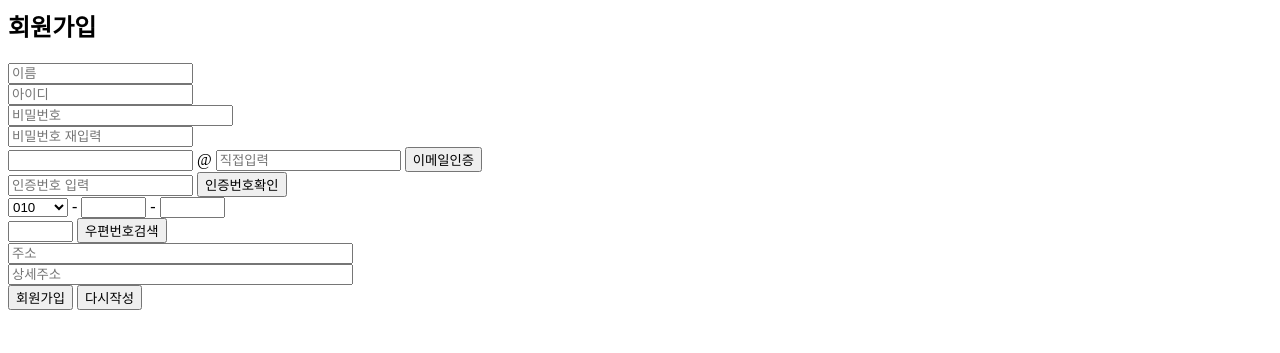
Repository: keepsus/gaebokchi
Page: http://localhost/uzuslime/member/memberWriteForm.jsp
An editor plug-in stored every save of this project. The page is shown before and after the next save, followed by the edit.
The browser window is 1280 px wide. The pictures show the whole page.
The page is served by Tomcat 9. Nobody is signed in. The application's start-up code is not run.

Above is the page before, as saved 2021-01-31 05:03:36.

After the next save:
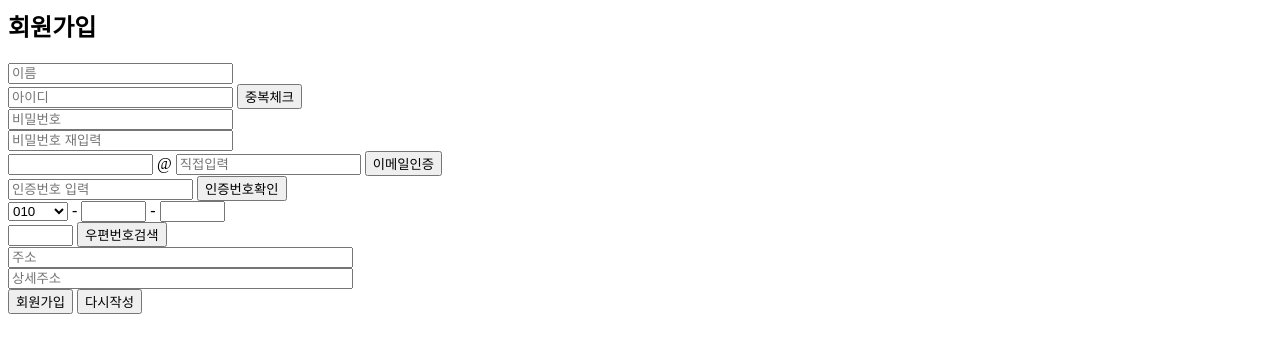
Saved 7 min 37 s later.
--- a/uzuslime/src/main/webapp/member/memberWriteForm.jsp
+++ b/uzuslime/src/main/webapp/member/memberWriteForm.jsp
@@ -1,78 +1,80 @@
 <%@ page language="java" contentType="text/html; charset=UTF-8"
     pageEncoding="UTF-8"%>
 
-	<div class="modal-header">
+
+<form name="memberWriteForm" method="post" action="/slime/member/write">
+	<div>
 	    <h2 class="signUp-header">회원가입</h2>
 	</div>
-
-		<form name="memberWriteForm" method="post" action="/slime/member/write" class="memberWriteForm">
-
-			    <div class="input-text">
-			        <input type="text" class="sign-name" id="signName" name="member_name" placeholder="이름">
-			        <div id="nameDiv"></div>
-			    </div>
+	<article class="signUp-main">
+	    <div class="signUp-name-form">
+	        <input type="text" class="sign-name" id="signName" name="member_name" size="25" placeholder="이름">
+	        <div id="nameDiv"></div>
+	    </div>
 
 
-			    <div class="input-text">
-			        <input type="text" class="member_id" id="member_id"  placeholder="아이디">
-			        <input type="hidden" id="check" value="">
-			    	<div id="idDiv"></div>
-			    </div>
+	    <div class="signUp-id-form">
+	        <input type="text" class="member_id" id="member_id" size="25" placeholder="아이디">
+	        <input type="button" class="check-Btn" value="중복체크" id="checkBtn"><br>
+	        <input type="hidden" id="check" value="">
+	      <div id="idDiv"></div>
+
+	    </div>
 
 
-			    <div class="input-text">
-			        <input type="password" class="sign-pwd" id="signPwd" name="member_pw" size="25" placeholder="비밀번호">
-			        <div id="pwdDiv"></div>
-			    </div>
+	    <div class="signUp-pwd-form">
+	        <input type="password" class="sign-pwd" id="signPwd" name="member_pw" size="25" placeholder="비밀번호">
+	        <div id="pwdDiv"></div>
+	    </div>
 
 
-			    <div class="input-text">
-			        <input type="password" class="sign-repwd" id="signRePwd" name="repw" placeholder="비밀번호 재입력">
-			        <div id="repwdDiv"></div>
-			    </div>
+	    <div class="signUp-rePwd-form">
+	        <input type="password" class="sign-repwd" id="signRePwd" name="repw" size="25" placeholder="비밀번호 재입력">
+	        <div id="repwdDiv"></div>
+	    </div>
 
 
-			    <div class="email-input-text">
-			        <input type="text" class="sign-email1" name="email1">
-			        @
-			        <input type="email" class="sign-email2" name="email2" list="email2" placeholder="직접입력">
-			        <datalist id="email2">
-			            <option value="gmail.com">
-			            <option value="naver.com">
-			            <option value="hanmail.net">
-			        </datalist>
-			        <input type="button" class="email-Btn" value="이메일인증" id="emailBtn"><br>
-			         <input type="text" class="check-email" name="check-email" placeholder="인증번호 입력">
-			        <input type="button" class="email-check-Btn" value="인증번호확인" id="emailCheckBtn"><br>
-			    </div>
+	    <div class="signUp-email-form">
+	        <input type="text" class="sign-email1" name="email1" size="15">
+	        @
+	        <input type="email" class="sign-email2" name="email2" list="email2" placeholder="직접입력">
+	        <datalist id="email2">
+	            <option value="gmail.com">
+	            <option value="naver.com">
+	            <option value="hanmail.net">
+	        </datalist>
+	        <input type="button" class="email-Btn" value="이메일인증" id="emailBtn"><br>
+	         <input type="text" class="check-email" name="check-email" placeholder="인증번호 입력">
+	        <input type="button" class="email-check-Btn" value="인증번호확인" id="emailCheckBtn"><br>
+	    </div>
 
 
-			    <div class="signUp-phone-form">
-			        <select name="tel1" class="sign-tel1" style="width: 60px;">
-			            <option value="010">010
-			            <option value="011">011
-			            <option value="019">019
-			        </select>
-			         -
-			         <input type="text" class="sign-tel2" name="tel2" size="5">
-			         -
-			         <input type="text" class="sign-tel3" name="tel3" size="5">
-			    </div>
+	    <div class="signUp-phone-form">
+	        <select name="tel1" class="sign-tel1" style="width: 60px;">
+	            <option value="010">010
+	            <option value="011">011
+	            <option value="019">019
+	        </select>
+	         -
+	         <input type="text" class="sign-tel2" name="tel2" size="5">
+	         -
+	         <input type="text" class="sign-tel3" name="tel3" size="5">
+	    </div>
 
 
-			    <div class="signUp-address-form">
-			        <input type="text" class="sign-post" id="postcode" name="zipcode" size="5" readonly>
-			        <input type="button" class="check-Post-Btn" value="우편번호검색" id="checkPostBtn"><br>
-			        <input type="text" class="sign-address" id="address" name="addr1" size="40"  readonly placeholder="주소"><br>
-			        <input type="text" class="sign-detail" id="detailAddress" name="addr2" size="40" placeholder="상세주소">
-			    </div>
+	    <div class="signUp-address-form">
+	        <input type="text" class="sign-post" id="postcode" name="zipcode" size="5" readonly>
+	        <input type="button" class="check-Post-Btn" value="우편번호검색" id="checkPostBtn"><br>
+	        <input type="text" class="sign-address" id="address" name="addr1" size="40"  readonly placeholder="주소"><br>
+	        <input type="text" class="sign-detail" id="detailAddress" name="addr2" size="40" placeholder="상세주소">
+	    </div>
 
 
-			    <div class="signUp-btn-box">
-			        <input type="button" id="writeBtn" class="writeBtn" value="회원가입">
-			        <input type="reset" class="" value="다시작성">
-			    </div>
-
+	    <div class="signUp-btn-box">
+	        <input type="button" id="writeBtn" value="회원가입">
+	        <input type="reset" value="다시작성">
+	    </div>
+	</article>
 
 </form>
 <script type="text/javascript" src="https://code.jquery.com/jquery-3.5.1.min.js"></script>	<!-- 위아래 순서가 바뀌면 안된다 -->
